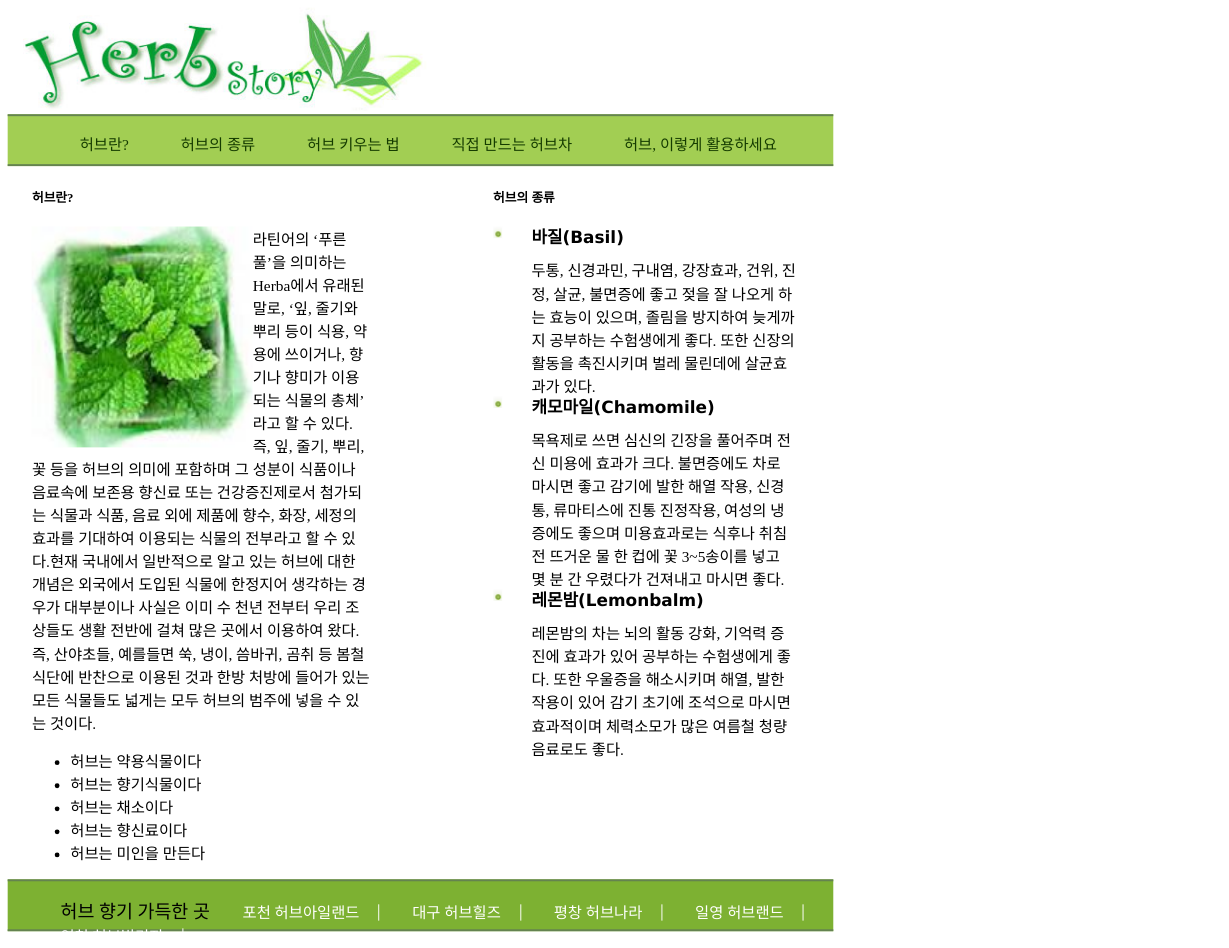
Repository: gus-123/Edu_KCC_HTML
Page: CSS/WebContent/layout.htm
The author's editor kept a copy of each file at every save. The page is drawn from the files as they stood at one save, then again after the next save.
The browser window is 1280 px wide. The pictures show the whole page, at 96% of full size.

Above is the page before, as saved 2024-07-09 08:57:30.

### CSS/WebContent/layout.htm
<!DOCTYPE HTML PUBLIC "-//W3C//DTD HTML 4.01//EN" "http://www.w3.org/TR/html4/strict.dtd">
<html>
<head>
<title>레이아웃 연습하기</title>
<meta http-equiv="Content-Type" content="text/html; charset=UTF-8">
<style type="text/css">
#menu {
	border: 2px solid #648350;
	border-left: none;
	border-right: none;
	width: 68%;
	height: 50px;
	background-color: #a2ce53;
}

#menu li {
	display: inline;
	padding: 3px 15px;
	boreder-left: 1px solid #000;
}

#menu li a {
	padding-left: 20px;
	text-decoration: none;
	color: #153c00;
	font: bold 14px;
}

#content1 {
	float: left;
	width: 28%;
	margin-left: 2%;
}

#content1 img {
	float: left;
	width: 230px;
	height: 230px;
}

#content2 {
	margin-left: 40%;
	width: 25%;
}

#infolist {
	border: 2px solid #648350;
	border-left: none;
	border-right: none;
	width: 68%;
	height: 50px;
	background-color: #7db132;
	clear: both;
}

#content2 dt {
	font: bold 12px/1.3em Verdana;
	font-size: 110%;
	background: url("images/li.gif") no-repeat 0 0;
	padding-left: 40px;
	padding-bottom: 10px;
}

#infolist li {
	display: inline;
	padding: 3px 15px;
	border-left: none;
}

#list_title {
	border-right: none;
	font: bolder;
	font-size: 120%;
}

#infolist li a {
	text-decoration: none;
	border-right: 1px solid #ffffff;
	color: #ffffff;
	font: bold 14px;
	padding-right: 20px;
	border-right: 1px solid #ffffff;
}
</style>
</head>
<body>

	<div>
		<img src="images/herblogo.jpg">
	</div>

	<div id="menu">
		<ul>
			<li><a href="#">허브란?</a></li>
			<li><a href="#">허브의 종류</a></li>
			<li><a href="#">허브 키우는 법</a></li>
			<li><a href="#">직접 만드는 허브차</a></li>
			<li><a href="#">허브, 이렇게 활용하세요</a></li>
		</ul>
	</div>

	<div id="content1">
		<h5>허브란?</h5>
		<img src="images/balm.jpg" id="balm">
		<p>라틴어의 ‘푸른 풀’을 의미하는 Herba에서 유래된 말로, ‘잎, 줄기와 뿌리 등이 식용, 약용에 쓰이거나,
			향기나 향미가 이용되는 식물의 총체’ 라고 할 수 있다. 즉, 잎, 줄기, 뿌리, 꽃 등을 허브의 의미에 포함하며 그 성분이
			식품이나 음료속에 보존용 향신료 또는 건강증진제로서 첨가되는 식물과 식품, 음료 외에 제품에 향수, 화장, 세정의 효과를
			기대하여 이용되는 식물의 전부라고 할 수 있다.현재 국내에서 일반적으로 알고 있는 허브에 대한 개념은 외국에서 도입된 식물에
			한정지어 생각하는 경우가 대부분이나 사실은 이미 수 천년 전부터 우리 조상들도 생활 전반에 걸쳐 많은 곳에서 이용하여 왔다.
			즉, 산야초들, 예를들면 쑥, 냉이, 씀바귀, 곰취 등 봄철식단에 반찬으로 이용된 것과 한방 처방에 들어가 있는 모든
			식물들도 넓게는 모두 허브의 범주에 넣을 수 있는 것이다.</p>
		<ul>
			<li>허브는 약용식물이다</li>
			<li>허브는 향기식물이다</li>
			<li>허브는 채소이다</li>
			<li>허브는 향신료이다</li>
			<li>허브는 미인을 만든다</li>
		</ul>
	</div>

	<div id="content2">
		<h5>허브의 종류</h5>
		<dt>바질(Basil)</dt>
		<dd>두통, 신경과민, 구내염, 강장효과, 건위, 진정, 살균, 불면증에 좋고 젖을 잘 나오게 하는 효능이 있으며,
			졸림을 방지하여 늦게까지 공부하는 수험생에게 좋다. 또한 신장의 활동을 촉진시키며 벌레 물린데에 살균효과가 있다.</dd>
		<dt>캐모마일(Chamomile)</dt>
		<dd>목욕제로 쓰면 심신의 긴장을 풀어주며 전신 미용에 효과가 크다. 불면증에도 차로 마시면 좋고 감기에 발한 해열
			작용, 신경통, 류마티스에 진통 진정작용, 여성의 냉증에도 좋으며 미용효과로는 식후나 취침 전 뜨거운 물 한 컵에 꽃
			3~5송이를 넣고 몇 분 간 우렸다가 건져내고 마시면 좋다.</dd>
		<dt>레몬밤(Lemonbalm)</dt>
		<dd>레몬밤의 차는 뇌의 활동 강화, 기억력 증진에 효과가 있어 공부하는 수험생에게 좋다. 또한 우울증을 해소시키며
			해열, 발한작용이 있어 감기 초기에 조석으로 마시면 효과적이며 체력소모가 많은 여름철 청량음료로도 좋다.</dd>
	</div>

	<div id="infolist">
		<ul>
			<li id="list_title">허브 향기 가득한 곳</li>
			<li><a href="http://www.herbisland.net/" target="_blank">포천
					허브아일랜드</a></li>
			<li><a href="http://www.herbhillz.com/" target="_blank">대구
					허브힐즈</a></li>
			<li><a href="http://www.herbnara.com/" target="_blank">평창
					허브나라</a></li>
			<li><a href="http://www.iyherbland.co.kr/" target="_blank">일영
					허브랜드</a></li>
			<li><a href="http://www.herbvillage.co.kr/" target="_blank">연천
					허브빌리지</a></li>
		</ul>
	</div>
</body>
</html>

After the next save:
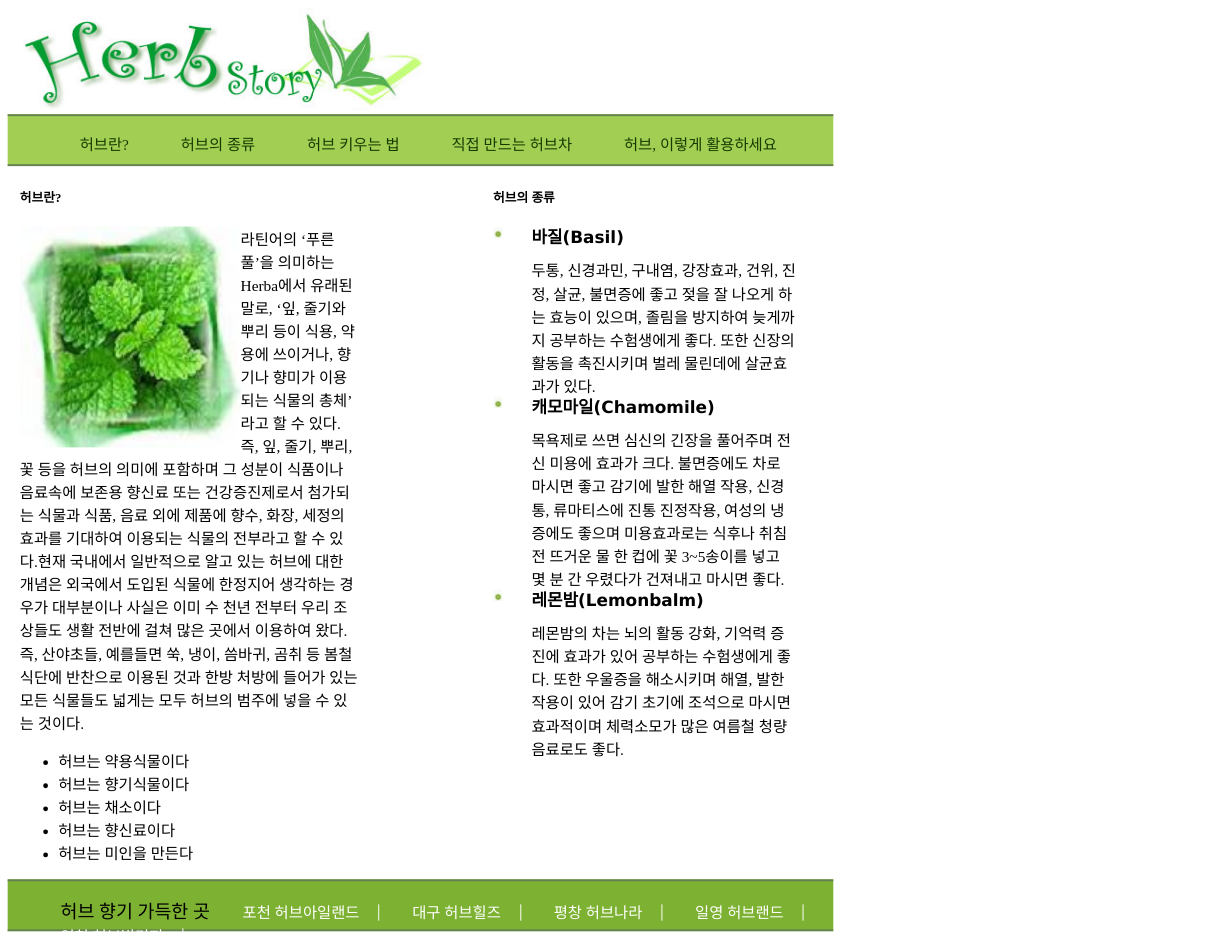
Saved 11 s later.
--- a/CSS/WebContent/layout.htm
+++ b/CSS/WebContent/layout.htm
@@ -29,7 +29,7 @@
 #content1 {
 	float: left;
 	width: 28%;
-	margin-left: 2%;
+	margin-left: 1%;
 }
 
 #content1 img {
